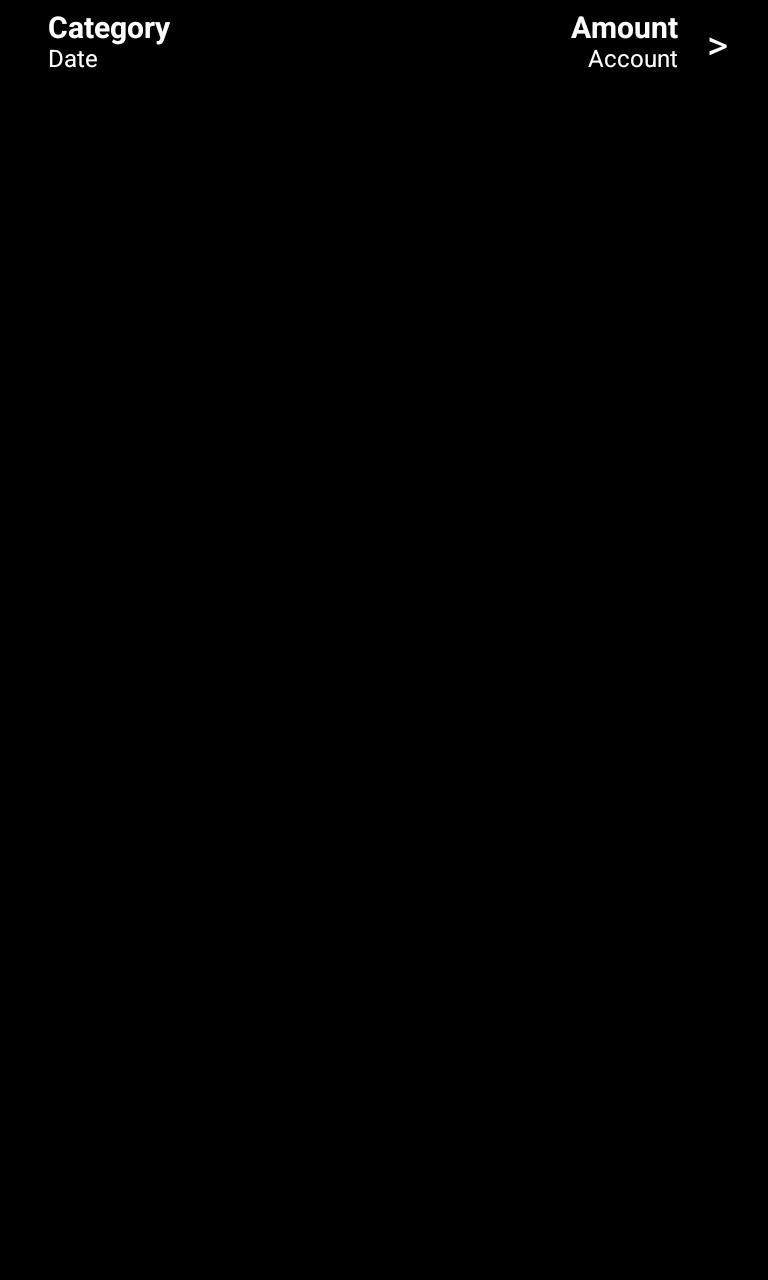
Repository: marlon-rodrigues/Nummus_Android
Layout: Nummus/res/layout/list_incexp.xml
These files come from the project's save history. The layout is drawn as it stood at one moment and after the next save; the edit follows.
It is drawn on a 768 x 1280 px phone screen (xhdpi) without system bars, with theme AppTheme; the app's code is not run.

Above is the layout before, as saved 2012-08-26 00:06:30.

### Nummus/res/layout/list_incexp.xml
<?xml version="1.0" encoding="utf-8"?>
<RelativeLayout xmlns:android="http://schemas.android.com/apk/res/android"
    android:layout_width="match_parent"
    android:layout_height="match_parent" >

    <TextView
        android:id="@+id/textCategory"
        android:layout_width="wrap_content"
        android:layout_height="35dp"
        android:layout_alignParentLeft="true"
        android:layout_alignParentTop="false"
        android:layout_marginTop="3dp"
        android:layout_marginLeft="24dp"
        android:text="Category"
        android:textColor="#FFFFFF"
        android:textStyle="bold"
        android:textSize="15sp"/>

    <TextView
        android:id="@+id/textDate"
        android:layout_width="wrap_content"
        android:layout_height="wrap_content"
        android:layout_alignLeft="@+id/textCategory"
        android:layout_below="@+id/textCategory"
        android:layout_marginTop="-18dp"
        android:text="Date"
        android:textColor="#FFFFFF"
        android:textSize="12sp"/>

	<TextView
        android:id="@+id/textAmount"
        android:layout_width="wrap_content"
        android:layout_height="35dp"
        android:layout_alignParentRight="true"
        android:layout_alignParentTop="false"
        android:layout_marginTop="3dp"
        android:layout_marginRight="45dp"
        android:text="Amount"
        android:textColor="#FFFFFF"
        android:textStyle="bold"
        android:textSize="15sp"/>

    <TextView
        android:id="@+id/textAccount"
        android:layout_width="wrap_content"
        android:layout_height="wrap_content"
        android:layout_alignRight="@+id/textAmount"
        android:layout_below="@+id/textAmount"
        android:layout_marginTop="-18dp"
        android:text="Account"
        android:textColor="#FFFFFF"
        android:textSize="12sp"/>

	<TextView
        android:id="@+id/textDetail"
        android:layout_width="wrap_content"
        android:layout_height="wrap_content"
        android:layout_alignParentRight="true"
        android:layout_marginTop="8dp"
        android:layout_marginRight="20dp"
        android:text=">"
        android:textColor="#FFFFFF"
        android:textSize="20sp"/>

</RelativeLayout>

### Nummus/res/values/styles.xml
<resources>
    <style name="AppTheme" parent="android:Theme.NoTitleBar.Fullscreen"></style>

</resources>

After the next save:
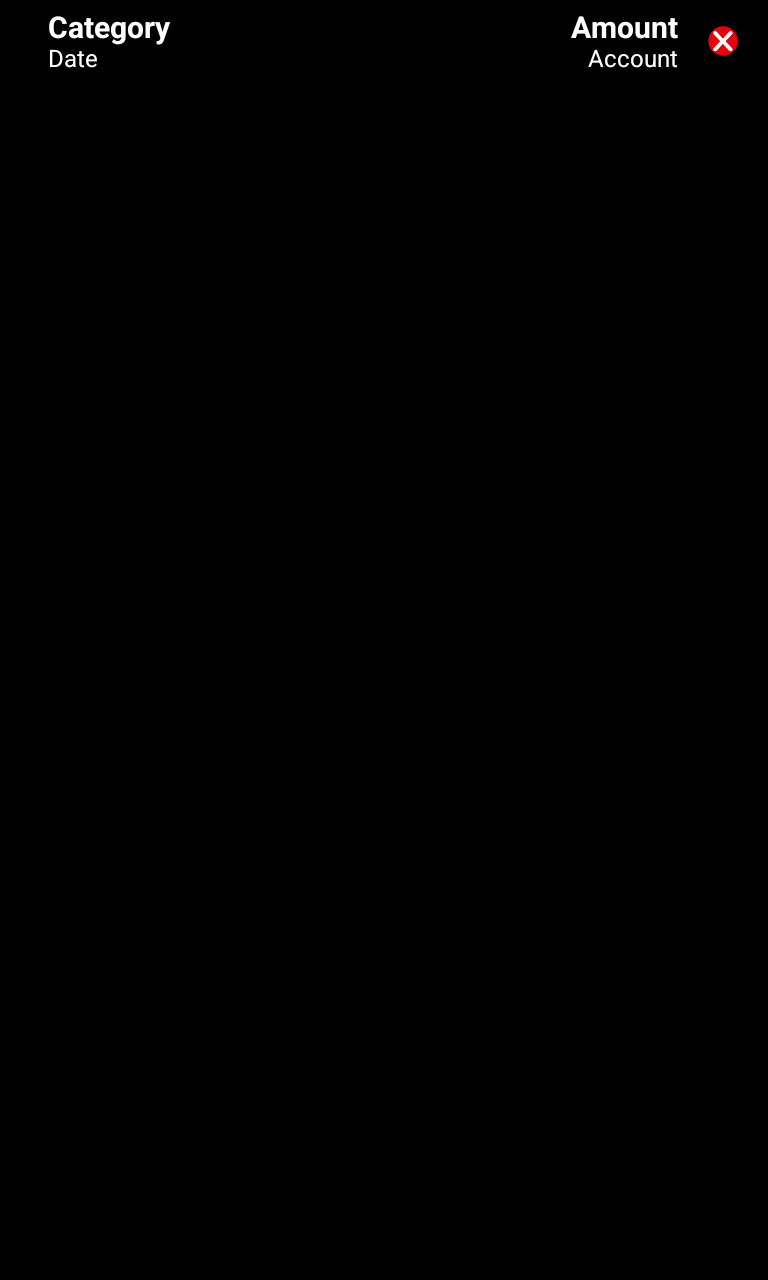
Saved 41 s later.
--- a/Nummus/res/layout/list_incexp.xml
+++ b/Nummus/res/layout/list_incexp.xml
@@ -51,15 +51,13 @@
         android:textColor="#FFFFFF"
         android:textSize="12sp"/>
 
-	<TextView
-        android:id="@+id/textDetail"
-        android:layout_width="wrap_content"
-        android:layout_height="wrap_content"
+    <ImageView
+        android:id="@+id/imageDelete"
+        android:layout_width="15dp"
+        android:layout_height="15dp"
         android:layout_alignParentRight="true"
-        android:layout_marginTop="8dp"
-        android:layout_marginRight="20dp"
-        android:text=">"
-        android:textColor="#FFFFFF"
-        android:textSize="20sp"/>
+        android:layout_marginTop="13dp"
+        android:layout_marginRight="15dp"
+        android:src="@drawable/redimg" />
 
 </RelativeLayout>
